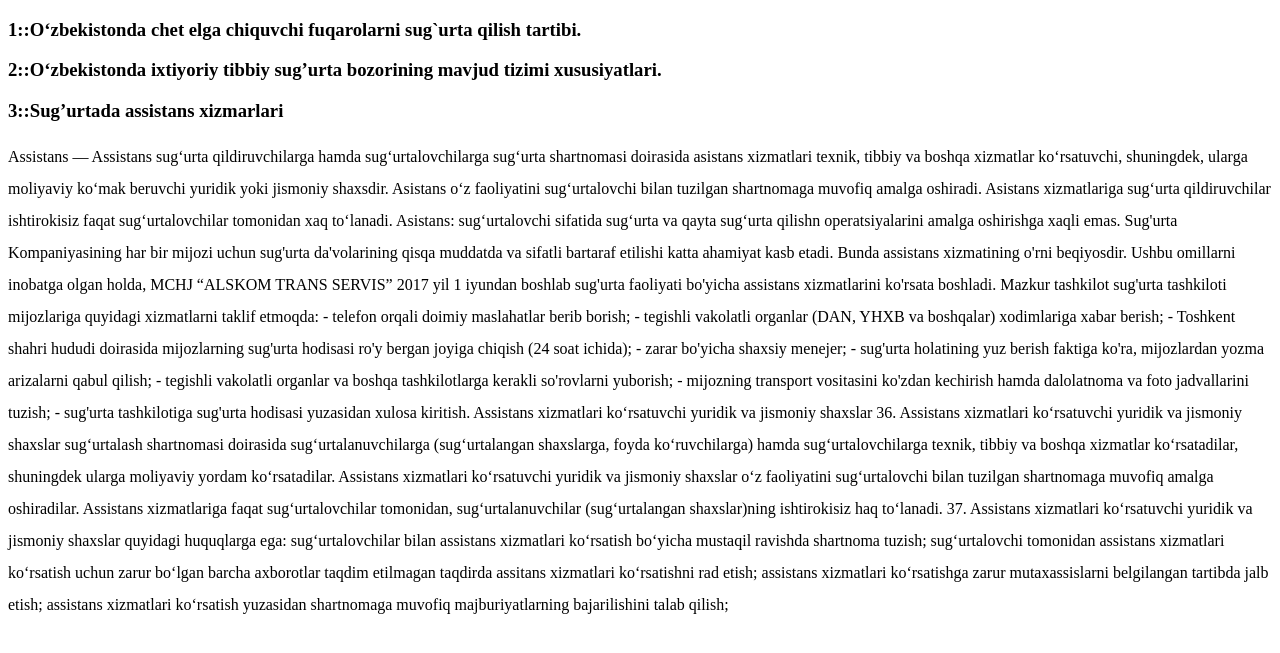
Repository: Ikromkhurozov/exam-inst
Page: index.html
An editor plug-in stored every save of this project. The page is shown before and after the next save, followed by the edit.
The browser window is 1280 px wide. The pictures show the whole page.

Above is the page before, as saved 2023-05-21 14:45:26.

After the next save:
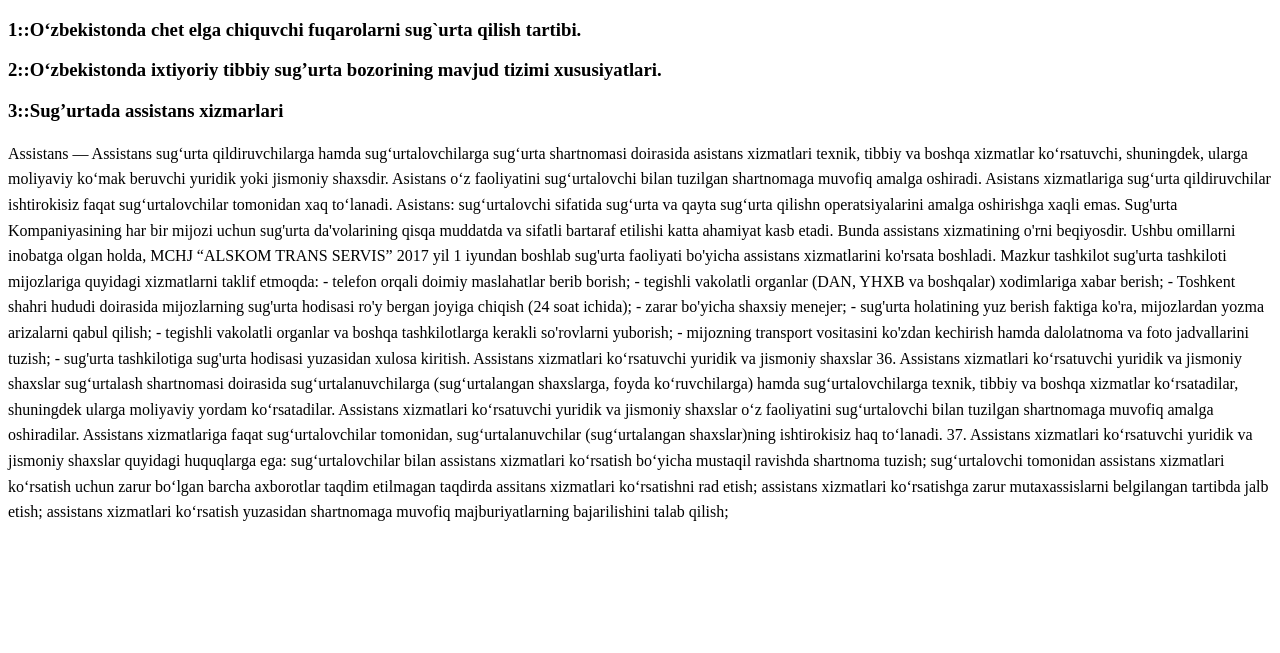
Saved 8 s later.
--- a/index.html
+++ b/index.html
@@ -8,7 +8,7 @@
 
   <style>
     div{
-      line-height: 2;
+      line-height: 1.6;
     }
   </style>
 </head>
